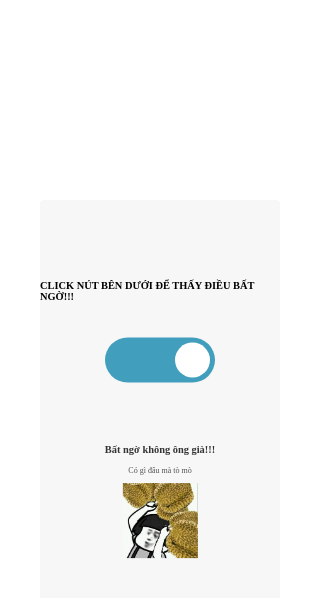
Repository: haokiet2501/troll-my-react
Page: /, after clicking the first element matching `div.toggle-center`
These files come from the project's save history. The page is drawn as it stood at one moment and after the next save; the edit follows.
The browser window is 320 px wide. The pictures show the whole page.
The project was rebuilt for these pictures with package versions that can differ from the ones it lists, and the page was loaded fresh each time.

Above is the page before, as saved 2022-07-30 23:40:26.

### src/index.css
.toggle-center {
  position: absolute;
  top: 50%;
  left: 50%;
  transform: translate(-50%, -50%);
  width: 25rem;
  height: 25rem;
  border-radius: 0.25rem;
  background-color: #f8f7f7;
}

.toggle-center:hover {
  box-shadow: 0 4px 8px rgba(0, 0, 0, 0.25);
}

.toggle {
  position: absolute;
  top: 40%;
  left: 50%;
  transform: translate(-50%, -50%);
}

.todo-center {
  position: absolute;
  top: 62%;
  left: 50%;
  transform: translate(-50%, -50%);
  z-index: 999;
}

.todo-center .todo-img img {
  object-fit: cover;
  width: 75px;
  height: 75px;
}

.todo-img {
  display: flex;
  justify-content: center;
  align-items: center;
}

.toggle {
  width: 100px;
  height: 35px;
  background-color: #ccc;
  padding: 5px;
  border-radius: 100rem;
  cursor: pointer;
}

.toggle.active {
  background-color: #429EBD;
}

.toggle-title {
  position: relative;
  top: 20%;
  font-weight: 600;
  text-transform: uppercase;
  display: flex;
  justify-content: center;
  align-items: center;
}

.spinner {
  position: absolute;
  width: 35px;
  height: 35px;
  left: 0;
  margin-left: 5px;
  border-radius: 50%;
  background-color: #fff;
  transition: 0.3s linear;
}

.spinner.active {
  transform: translateX(65px);
  transition: 0.3s linear;
}

.toggle-on {
  margin-right: 0.5rem;
}

h3 {
  color: #333;
}

p {
  color: rgb(82, 81, 81);
  display: flex;
  justify-content: center;
  align-items: center;
}

@media screen and (max-width: 320px) {
  .toggle-center {
    width: 15rem;
  }

  .toggle-title {
    font-size: 0.65rem;
  }

  h3 {
    font-size: 0.65rem;
  }

  p {
    font-size: 0.5rem;
  }
}

### src/App.js
import Toggle from "./components/Toggle";

function App() {
  return (
    <>
      <Toggle />
    </>
  );
}

export default App;

### src/components/Toggle.jsx
import { useState } from "react"
import Todo from "./Todo";

const Toggle = () => {
    const [on, setOn] = useState(false);

    const handleClick = () => {
        setOn((on) => !on);
    }

    return (
        <>
            {on && <Todo />}
            <div className="toggle-center" onClick={handleClick}>
                <div className="toggle-title">Click nút bên dưới để thấy điều bất ngờ!!!</div>
                <div className={`toggle ${on ? 'active' : ''}`}>
                    <div className={`spinner ${on ? 'active' : ''}`}></div>
                </div>
            </div>
        </>
    )
}

export default Toggle

### src/components/Todo.jsx
import React from 'react'
import troll from '../imgs/troll.jpg'

const Todo = () => {
    return (
        <div className='todo-center'>
            <h3>Bất ngờ không ông già!!!</h3>
            <p>Có gì đâu mà tò mò</p>
            <div className="todo-img">
                <img src={troll} alt="" />
            </div>
        </div>
    )
}

export default Todo

Loaded but not shown: public/index.html (common file); src/index.js (common file); src/reportWebVitals.js (common file)

After the next save:
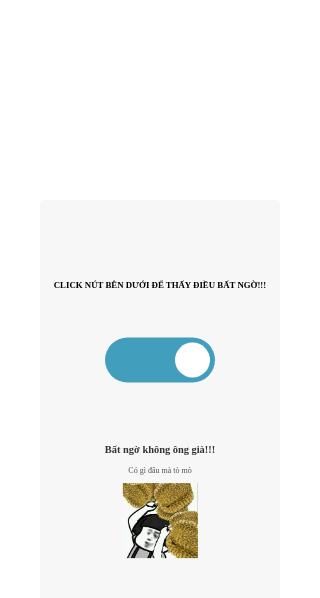
Saved 4 s later.
--- a/src/index.css
+++ b/src/index.css
@@ -100,7 +100,7 @@ p {
   }
 
   .toggle-title {
-    font-size: 0.65rem;
+    font-size: 0.55rem;
   }
 
   h3 {
